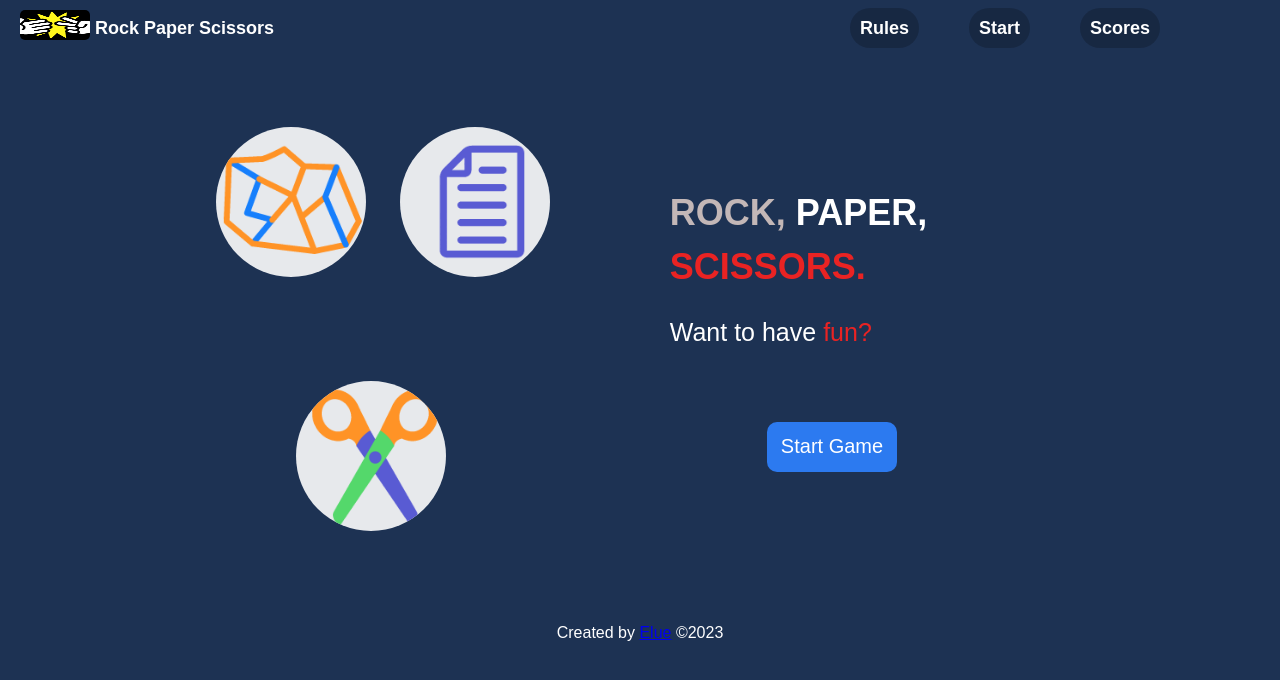
Repository: MikkyPrestige/rock-paper-scissors
Page: index.html
An editor plug-in stored every save of this project. The page is shown before and after a run of saves, followed by the edit.
The browser window is 1280 px wide. The pictures show the whole page.

Above is the page before, as saved 2023-05-08 05:20:39.

After the next 2 saves:
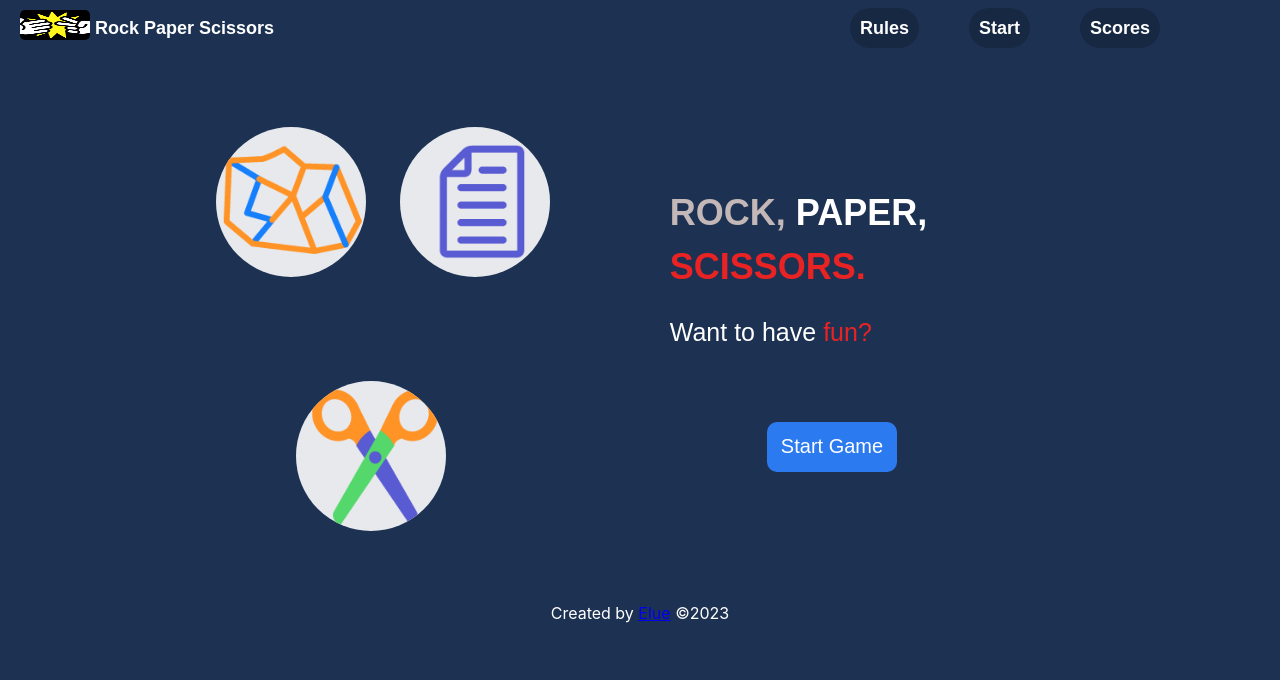
The 2 saves are shown as one change because they came seconds apart.
The last was saved 31 s later.
--- a/index.css
+++ b/index.css
@@ -197,5 +197,6 @@ footer {
 }
 
 .footer--text {
-  margin: 2rem 0;
-}
+  font-family: "Inter";
+
+}
